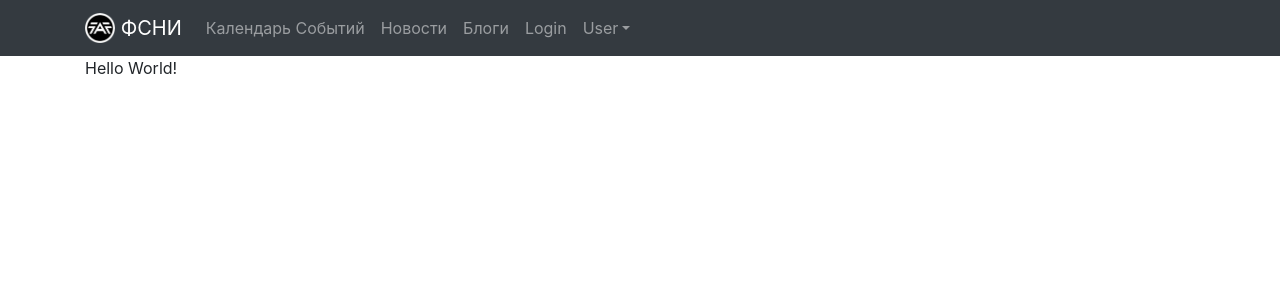
Repository: alexey1986/fsni_test
Page: /
An editor plug-in stored every save of this project. The page is shown before and after the next save, followed by the edit.
The browser window is 1280 px wide. The pictures show the whole page.
The project was rebuilt for these pictures with package versions that can differ from the ones it lists, and the page was loaded fresh each time.

Above is the page before, as saved 2020-08-27 20:56:26.

After the next save:
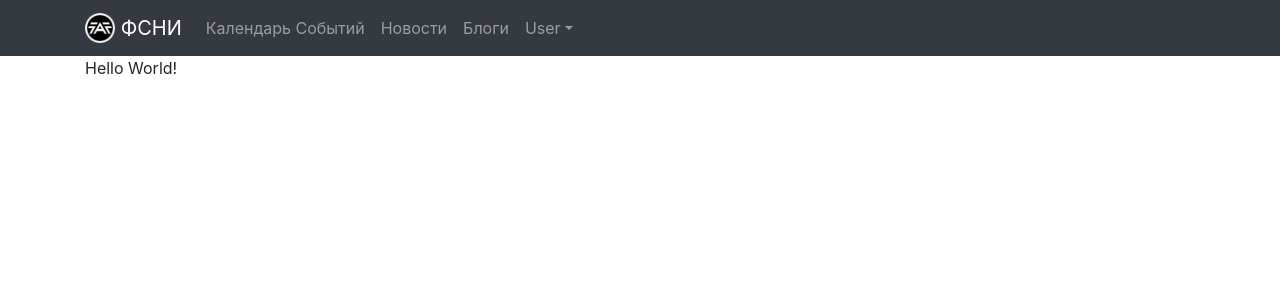
Saved 13 s later.
--- a/src/App.js
+++ b/src/App.js
@@ -25,7 +25,6 @@
               <Nav.Link as={NavLink} to='/calendar'>Календарь Событий</Nav.Link>
               <Nav.Link as={NavLink} to='/news'>Новости</Nav.Link>
               <Nav.Link as={NavLink} to='/blogs'>Блоги</Nav.Link>
-              <Nav.Link>Login</Nav.Link>
               <NavDropdown title="User" id="basic-nav-dropdown">
                 <NavDropdown.Item as={NavLink} to='/profile'>Profile</NavDropdown.Item>
                 <NavDropdown.Item as={NavLink} to='/actions'>Actions</NavDropdown.Item>
